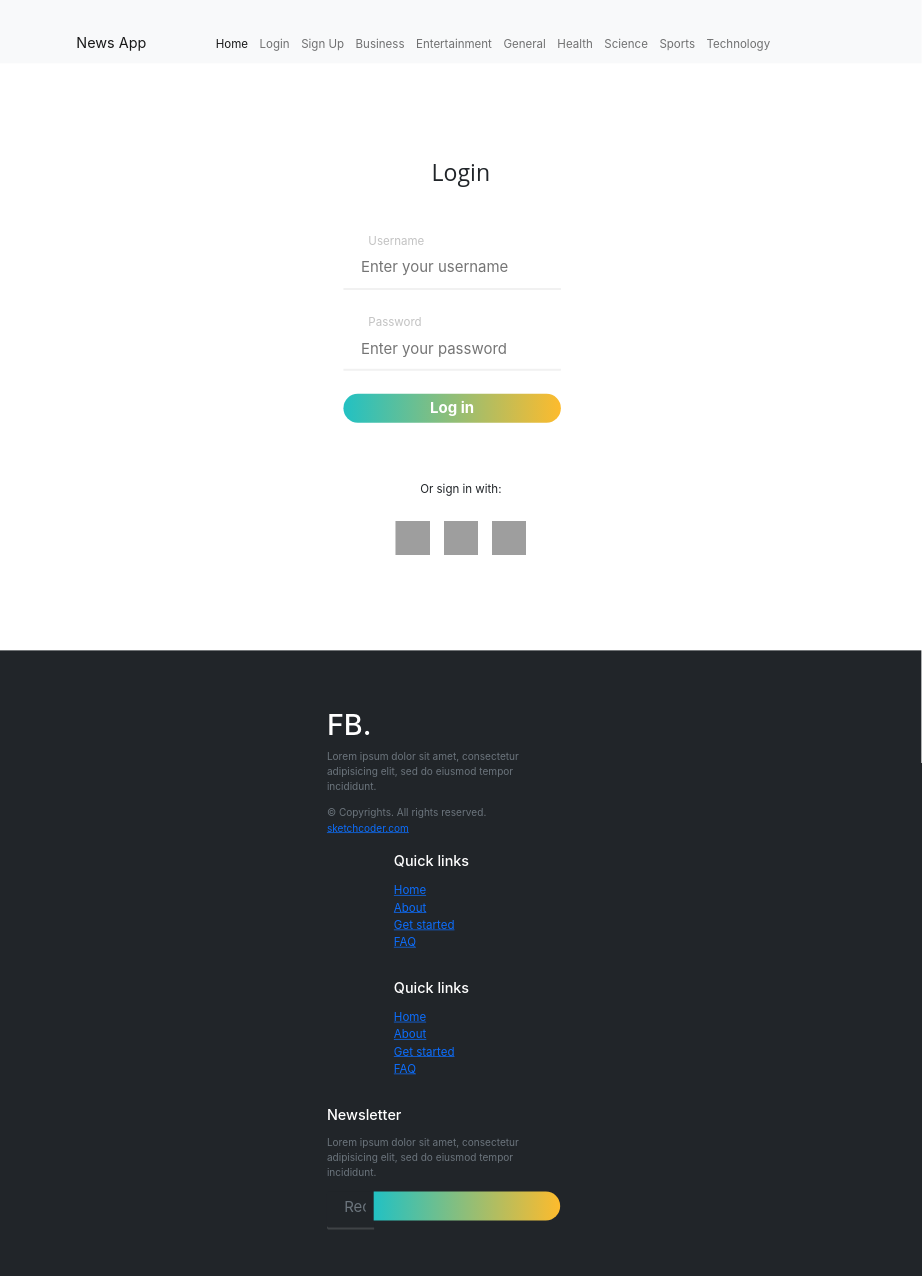
Repository: ZainAkbar51214/News-Site
Page: /login
An editor plug-in stored every save of this project. The page is shown before and after the next save, followed by the edit.
The browser window is 1280 px wide. The pictures show the whole page, at 72% of full size.
Pictures or frames that could not be fetched are drawn as grey boxes. The project was rebuilt for these pictures with package versions that can differ from the ones it lists, and the page was loaded fresh each time. Also part of the build but not shown: src/Components/pages/SignUp.jsx, src/Components/Layouts/NewsItem.js, src/Components/Spinner.jsx, src/Components/Layouts/News.js.

Above is the page before, as saved 2023-12-18 03:49:09.

### public/index.html
<!DOCTYPE html>
<html lang="en">
  <head>
    <meta charset="utf-8" />
    <link rel="icon" href="%PUBLIC_URL%/favicon.ico" />
    <meta name="viewport" content="width=device-width, initial-scale=1" />
    <meta name="theme-color" content="#000000" />
    <meta
      name="description"
      content="Web site created using create-react-app"
    />
    <link rel="apple-touch-icon" href="%PUBLIC_URL%/logo192.png" />

    <link rel="manifest" href="%PUBLIC_URL%/manifest.json" />

    <title>News App</title>
    <!-- Bootstrap cdn -->
    <link href="https://cdn.jsdelivr.net/npm/bootstrap@5.0.2/dist/css/bootstrap.min.css" rel="stylesheet" integrity="sha384-EVSTQN3/azprG1Anm3QDgpJLIm9Nao0Yz1ztcQTwFspd3yD65VohhpuuCOmLASjC" crossorigin="anonymous">
  </head>
  <body>
    <noscript>You need to enable JavaScript to run this app.</noscript>
    <div id="root"></div>


    <!-- Bootstrap Script -->
    <script src="https://cdn.jsdelivr.net/npm/@popperjs/core@2.9.2/dist/umd/popper.min.js" integrity="sha384-IQsoLXl5PILFhosVNubq5LC7Qb9DXgDA9i+tQ8Zj3iwWAwPtgFTxbJ8NT4GN1R8p" crossorigin="anonymous"></script>
<script src="https://cdn.jsdelivr.net/npm/bootstrap@5.0.2/dist/js/bootstrap.min.js" integrity="sha384-cVKIPhGWiC2Al4u+LWgxfKTRIcfu0JTxR+EQDz/bgldoEyl4H0zUF0QKbrJ0EcQF" crossorigin="anonymous"></script>
  </body>
</html>

### src/App.js
import React from "react";
import {
  BrowserRouter as Router,
  Switch,
  Route
} from "react-router-dom";
import Navbar from './Components/Header/Navbar';
import Footer from './Components/Footer/Footer';
import Login from "./Components/pages/Login";
import SignUp from "./Components/pages/SignUp";
import News from "./Components/Layouts/News";

function App() {
  return (
    <Router>
      <Navbar />
        <Switch>
          <Route path="/" exact><News key="general" pageSize={5} country="in" category="general" /></Route>
          <Route path="/business" exact><News key="business" pageSize={5} country="in" category="business" /></Route>
          <Route path="/entertainment" exact><News key="entertainment" pageSize={5} country="in" category="entertainment" /></Route>
          <Route path="/health" exact><News key="health" pageSize={5} country="in" category="health" /></Route>
          <Route path="/science" exact><News key="science" pageSize={5} country="in" category="science" /></Route>
          <Route path="/sports" exact><News key="sports" pageSize={5} country="in" category="sports" /></Route>
          <Route path="/technology" exact><News key="technology" pageSize={5} country="in" category="technology" /></Route>
          <Route path="/login">
            <Login />
          </Route>
          <Route path="/sign-up">
            <SignUp />
          </Route>
        </Switch>
      <Footer />
  </Router>
  );
}

export default App;

### src/Components/Header/Navbar.jsx
import React, { Component } from 'react';
import { Link } from 'react-router-dom';

class Navbar extends Component {
    render() {
        return (
            <div>
                <div className="container-fluid bg-light">
                <div className="container">
                    <div className="row">
                        <div className="col-md-12">
                            <nav className="navbar navbar-expand-lg navbar-light">
                                <div className="container-fluid">
                                    <Link className="navbar-brand" to="/">News App</Link>
                                    <button className="navbar-toggler" type="button" data-bs-toggle="collapse" data-bs-target="#navbarSupportedContent" aria-controls="navbarSupportedContent" aria-expanded="false" aria-label="Toggle navigation">
                                        <span className="navbar-toggler-icon"></span>
                                    </button>
                                    <div className="collapse navbar-collapse" id="navbarSupportedContent">
                                        <ul className="navbar-nav mx-auto mb-2 mb-lg-0">
                                            <li className="nav-item">
                                                <Link className="nav-link active" aria-current="page" to="/">Home</Link>
                                            </li>
                                            <li className="nav-item">
                                                <Link className="nav-link" to="/login">Login</Link>
                                            </li>
                                            <li className="nav-item">
                                                <Link className="nav-link" to="/sign-up">Sign Up</Link>
                                            </li>
                                            <li className="nav-item">
                                                <Link className="nav-link" to="/business">Business</Link>
                                            </li>
                                            <li className="nav-item">
                                                <Link className="nav-link" to="/entertainment">Entertainment</Link>
                                            </li>
                                            <li className="nav-item">
                                                <Link className="nav-link" to="/">General</Link>
                                            </li>
                                            <li className="nav-item">
                                                <Link className="nav-link" to="/health">Health</Link>
                                            </li>
                                            <li className="nav-item">
                                                <Link className="nav-link" to="/science">Science</Link>
                                            </li>
                                            <li className="nav-item">
                                                <Link className="nav-link" to="/sports">Sports</Link>
                                            </li>
                                            <li className="nav-item">
                                                <Link className="nav-link" to="/technology">Technology</Link>
                                            </li>
                                        </ul>
                                    </div>
                                </div>
                            </nav>
                        </div>
                    </div>
                </div>
            </div>
            </div>
        );
    }
}

export default Navbar;

### src/Components/Footer/Footer.jsx
import React from "react";
import { Link } from "react-router-dom";
import '../Footer/Footer.css';

const Navbar = () => {
    return (
        <>
            <div className="d-flex flex-column h-100" style={{overflow: 'hidden'}}>
                {/* <!-- FOOTER --> */}
                <footer className="w-100 py-4 flex-shrink-0">
                    <div className="container py-4">
                        <div className="row gy-4 gx-5">
                            <div className="col-lg-4 col-md-6">
                                <h5 className="h1 text-white">FB.</h5>
                                <p className="small text-muted">Lorem ipsum dolor sit amet, consectetur adipisicing elit, sed do eiusmod tempor incididunt.</p>
                                <p className="small text-muted mb-0">&copy; Copyrights. All rights reserved. <Link className="text-primary" to="https://sketchcoder.com" target="_blank">sketchcoder.com</Link></p>
                            </div>
                            <div className="col-lg-2 col-md-6">
                                <h5 className="text-white mb-3">Quick links</h5>
                                <ul className="list-unstyled text-muted">
                                    <li><Link to="#">Home</Link></li>
                                    <li><Link to="#">About</Link></li>
                                    <li><Link to="#">Get started</Link></li>
                                    <li><Link to="#">FAQ</Link></li>
                                </ul>
                            </div>
                            <div className="col-lg-2 col-md-6">
                                <h5 className="text-white mb-3">Quick links</h5>
                                <ul className="list-unstyled text-muted">
                                    <li><Link to="#">Home</Link></li>
                                    <li><Link to="#">About</Link></li>
                                    <li><Link to="#">Get started</Link></li>
                                    <li><Link to="#">FAQ</Link></li>
                                </ul>
                            </div>
                            <div className="col-lg-4 col-md-6">
                                <h5 className="text-white mb-3">Newsletter</h5>
                                <p className="small text-muted">Lorem ipsum dolor sit amet, consectetur adipisicing elit, sed do eiusmod tempor incididunt.</p>
                                <form action="#">
                                    <div className="input-group mb-3">
                                        <input className="form-control" type="text" placeholder="Recipient's username" aria-label="Recipient's username" aria-describedby="button-addon2" />
                                        <button className="btn btn-primary" id="button-addon2" type="button"><i className="fas fa-paper-plane"></i></button>
                                    </div>
                                </form>
                            </div>
                        </div>
                    </div>
                </footer>
            </div>
        </>
    )
}

export default Navbar;

### src/Components/pages/Login.jsx
import React, { Component } from 'react';
// import { Link } from 'react-router-dom';


class Login extends Component{
  render(){
    return(
      <div className='container-fluid bg-login'>
        <div id="loginform">
        <FormHeader title="Login" />
        <Form />
        <OtherMethods />
      </div>
      </div>
    )
  }
}

const FormHeader = props => (
    <h2 id="headerTitle">{props.title}</h2>
);


const Form = props => (
   <div>
     <FormInput description="Username" placeholder="Enter your username" type="text" />
     <FormInput description="Password" placeholder="Enter your password" type="password"/>
     <FormButton title="Log in"/>
   </div>
);

const FormButton = props => (
  <div id="button" className="row">
    <button>{props.title}</button>
  </div>
);

const FormInput = props => (
  <div className="row row-lab">
    <label>{props.description}</label>
    <input type={props.type} placeholder={props.placeholder}/>
  </div>
);

const OtherMethods = props => (
  <div id="alternativeLogin">
    <label>Or sign in with:</label>
    <div id="iconGroup">
      <Facebook />
      <Twitter />
      <Google />
    </div>
  </div>
);

const Facebook = props => (
  <a href="#" id="facebookIcon"></a>
);

const Twitter = props => (
  <a href="#" id="twitterIcon"></a>
);

const Google = props => (
  <a href="#" id="googleIcon"></a>
);



export default Login;

### src/Components/Footer/Footer.css
/* ==========================================
    FOR DEMO PURPOSE
  ========================================== */

  .text-small {
    font-size: 0.9rem;
  }

  .form-control {
    background: #212529;
    border-color: #545454;
  }

  .form-control:focus {
    background: #212529;
  }

  footer {
    background: #212529;
  }

### src/App.css
.App {
  text-align: center;
}

.App-logo {
  height: 40vmin;
  pointer-events: none;
}

@media (prefers-reduced-motion: no-preference) {
  .App-logo {
    animation: App-logo-spin infinite 20s linear;
  }
}

.App-header {
  background-color: #282c34;
  min-height: 100vh;
  display: flex;
  flex-direction: column;
  align-items: center;
  justify-content: center;
  font-size: calc(10px + 2vmin);
  color: white;
}

.App-link {
  color: #61dafb;
}

@keyframes App-logo-spin {
  from {
    transform: rotate(0deg);
  }
  to {
    transform: rotate(360deg);
  }
}

/* Login Css */
#loginform{
  max-width: 500px;
  min-width: 300px;
  max-height: 700px;
  width: 30%;
  height: 60%;
  margin: 100px auto;
  background-color: #FFFFFF;
  border-radius: 25px;
}

#headerTitle{
  text-align: center;
  font-family: 'open sans', sans-serif;
  padding: 2rem 0;
  margin: 0;
  font-size: 2rem;
}

.row{
  display: flex;
  flex-direction: column;
  align-items: center;
  padding-top: 2rem;
  max-width: 100%;

}

.row input{
  width: 80%;
  box-sizing: border-box;
	border: none;
  font-size: 1.3rem;
  padding-left: 1.5rem;
  padding-bottom: 1rem;
  box-shadow: inset 0px -3px 0px 0px rgba(187,187,187,0.2);
  transition: box-shadow 0.2s ease-in;
}

.row input:focus{
   box-shadow: inset 0px -3px 0px 0px rgba(34,193,195,0.7);
   outline: none;
}

.row input::-webkit-input-placeholder{
  opacity: 1;
  transition: opacity 0.25s ease-out;
}

.row input:hover::-webkit-input-placeholder,
.row input:focus::-webkit-input-placeholder{
  opacity: 0;
}

.row label{
  align-self: start;
  padding-left: 4.5rem;
  padding-bottom: 0.5rem;
  color: rgba(187,187,187,0.9);
}

.row button{
  border-radius: 25px;
  width: 80%;
  height: 40px;
  font-size: 1.3rem;
  color: white;
  font-weight: 700;
  background: rgb(34,193,195);
  background: linear-gradient(90deg, rgba(34,193,195,1) 0%,     rgba(253,187,45,1) 100%);
  border: 0px;
  cursor: pointer;
  transition: opacity 0.25s ease-out;
}

.row button:hover{
  opacity: 0.8;
}

#button{
  padding-bottom: 1.5rem;
}

#facebookIcon{
  background-image:      url("https://image.flaticon.com/icons/svg/145/145802.svg");
  background-repeat: no-repeat;
  width: 3rem;
  height: 3rem;
}

#twitterIcon{
  background-image: url("https://image.flaticon.com/icons/svg/145/145812.svg");
  background-repeat: no-repeat;
  width: 3rem;
  height: 3rem;
}

#googleIcon{
  background-image: url("https://image.flaticon.com/icons/svg/145/145804.svg");
  background-repeat: no-repeat;
  width: 3rem;
  height: 3rem;
}

#iconGroup{
  display: flex;
  justify-content: center;
  padding: 2rem 0;
}

#iconGroup a{
  margin: 0 0.6rem;
}

#alternativeLogin {
   text-align: center;
   padding-top: 2rem;
   margin-top: 1.5rem;
}

Loaded but not shown: src/index.js (common file); src/index.css (common file); src/reportWebVitals.js (common file)

After the next save:
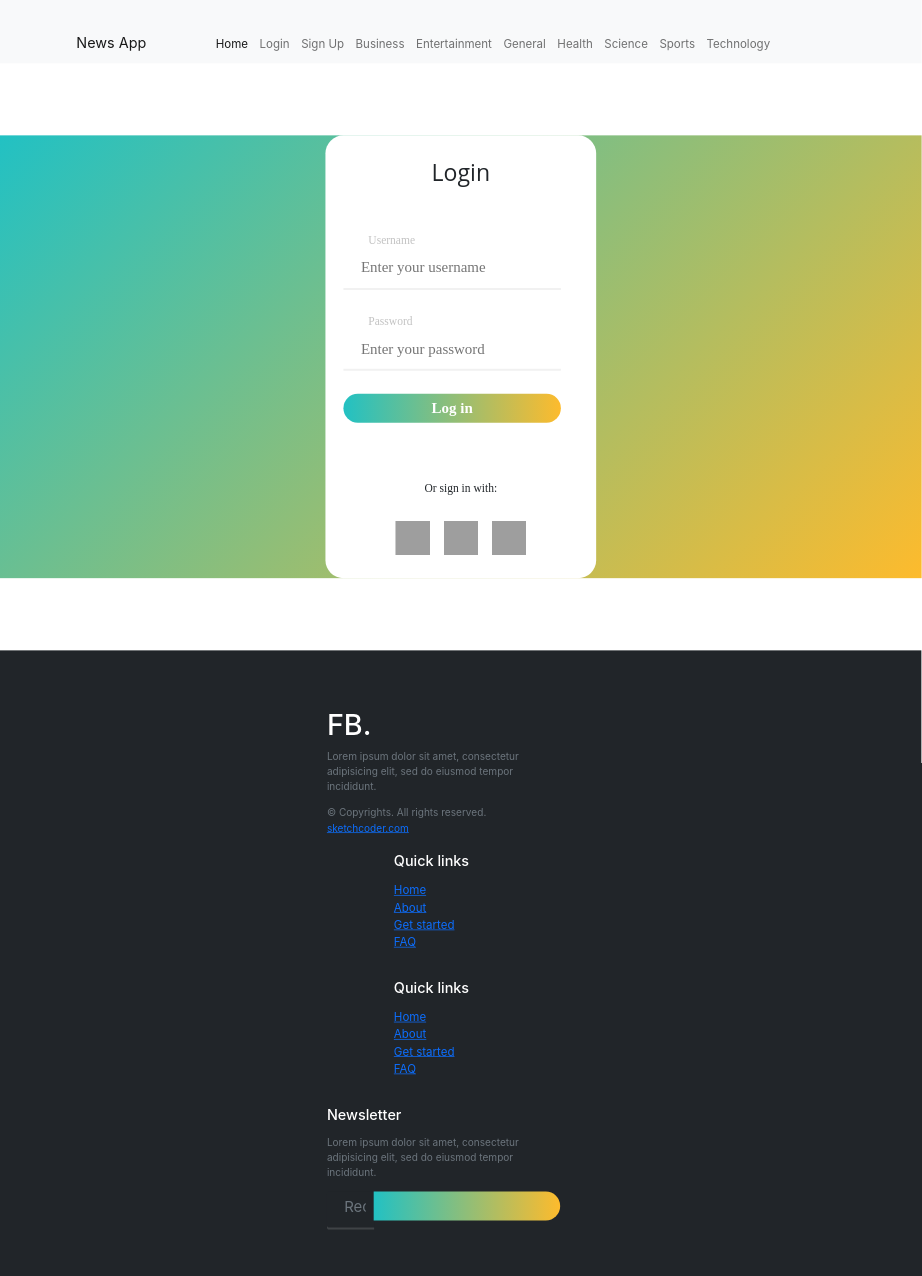
Saved 16 s later.
--- a/src/App.css
+++ b/src/App.css
@@ -38,6 +38,11 @@
 }
 
 /* Login Css */
+.bg-login{
+  background: rgb(34,193,195);
+  background: linear-gradient(135deg, rgba(34,193,195,1) 0%,     rgba(253,187,45,1) 100%);
+  font-family: "work sans";
+}
 #loginform{
   max-width: 500px;
   min-width: 300px;
